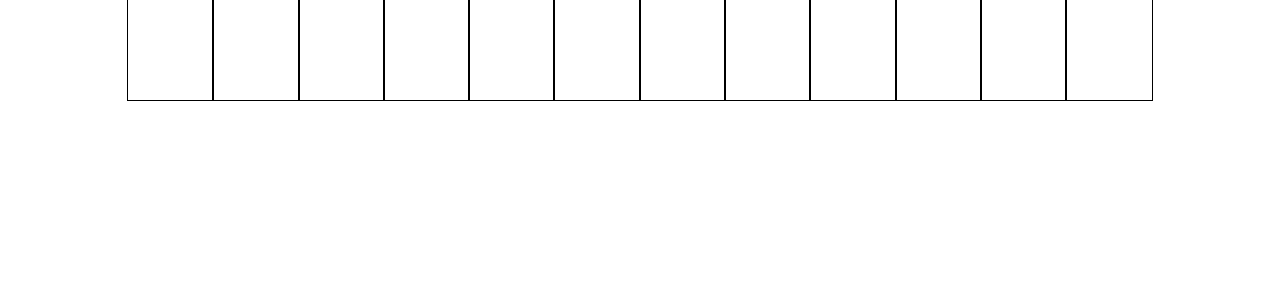
Repository: motiejus1/04-paskaita-praktine-uzduotis
Page: 2uzduotis.html
An editor plug-in stored every save of this project. The page is shown before and after a run of saves, followed by the edit.
The browser window is 1280 px wide. The pictures show the whole page.

Above is the page before, as saved 2021-06-05 14:48:44.

### 2uzduotis.html
<!DOCTYPE html>
<html lang="en">
<head>
    <meta charset="UTF-8">
    <meta http-equiv="X-UA-Compatible" content="IE=edge">
    <meta name="viewport" content="width=device-width, initial-scale=1.0">
    <title>Document</title>
    <style>
        body {
            width: 80%;
            margin:auto;
        }

        div {
            float:left;
            width: 8.33%;
            height: 100px;
            /* border: 1px solid black; */
            outline: 1px solid black;
        }
    </style>


</head>
<body>
    <div></div>
    <div></div>
    <div></div>
    <div></div>
    <div></div>
    <div></div>
    <div></div>
    <div></div>
    <div></div>
    <div></div>
    <div></div>
    <div></div>
</body>
</html>

After the next 4 saves:
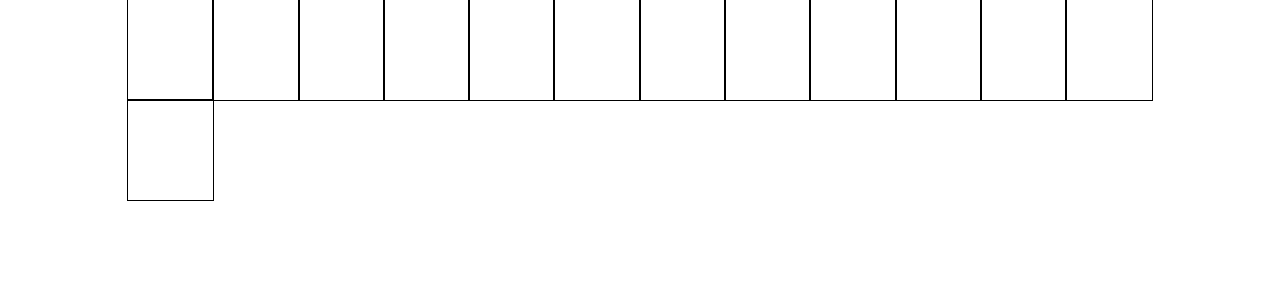
The 4 saves are shown as one change because they came seconds apart.
The last was saved 9 min 21 s later.
--- a/2uzduotis.html
+++ b/2uzduotis.html
@@ -23,6 +23,7 @@
 
 </head>
 <body>
+    <div class="eilute"></div>
     <div></div>
     <div></div>
     <div></div>
